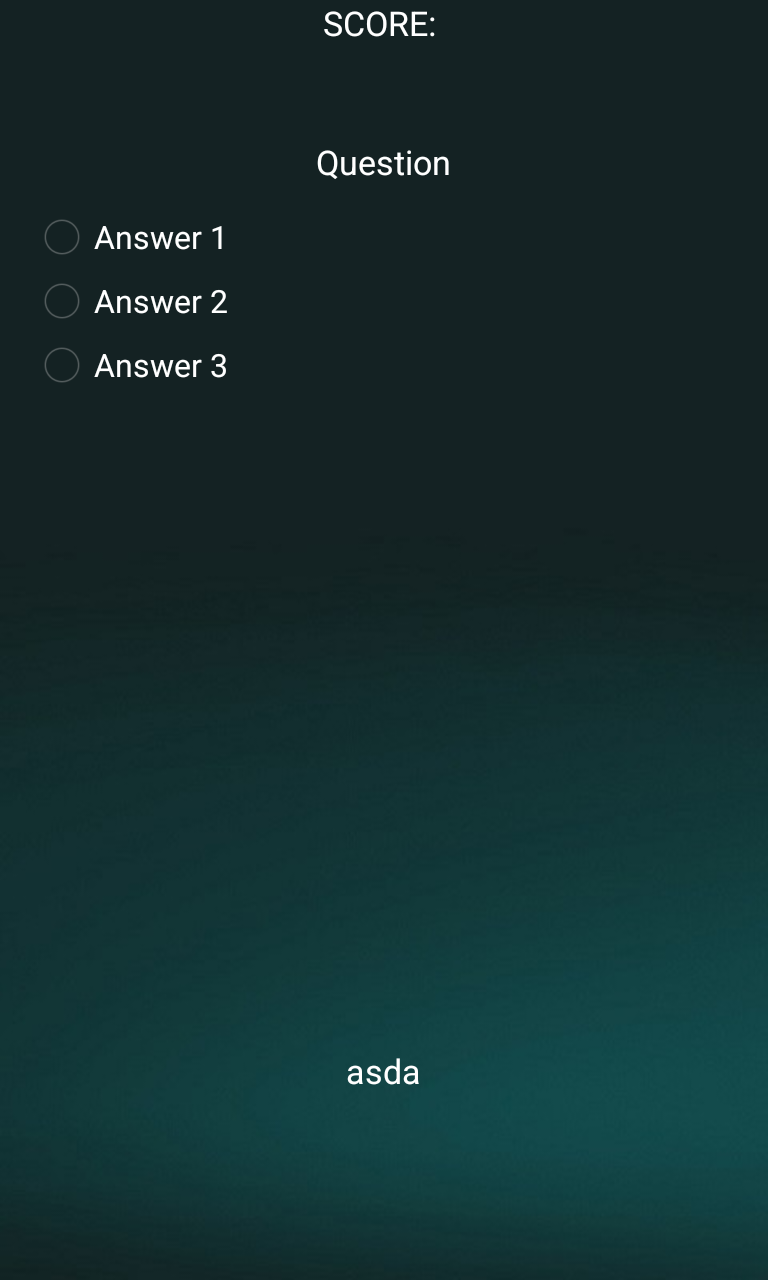
Repository: rohitchawla22/SebiQuiz
Layout: SebiQuiz/res/layout/level1.xml
An editor plug-in stored every save of this project. The layout is shown before and after the next save, followed by the edit.
It is drawn on a 768 x 1280 px phone screen (xhdpi) without system bars, with theme android:Theme.Holo; the app's code is not run.

Above is the layout before, as saved 2014-06-11 18:48:58.

After the next save:
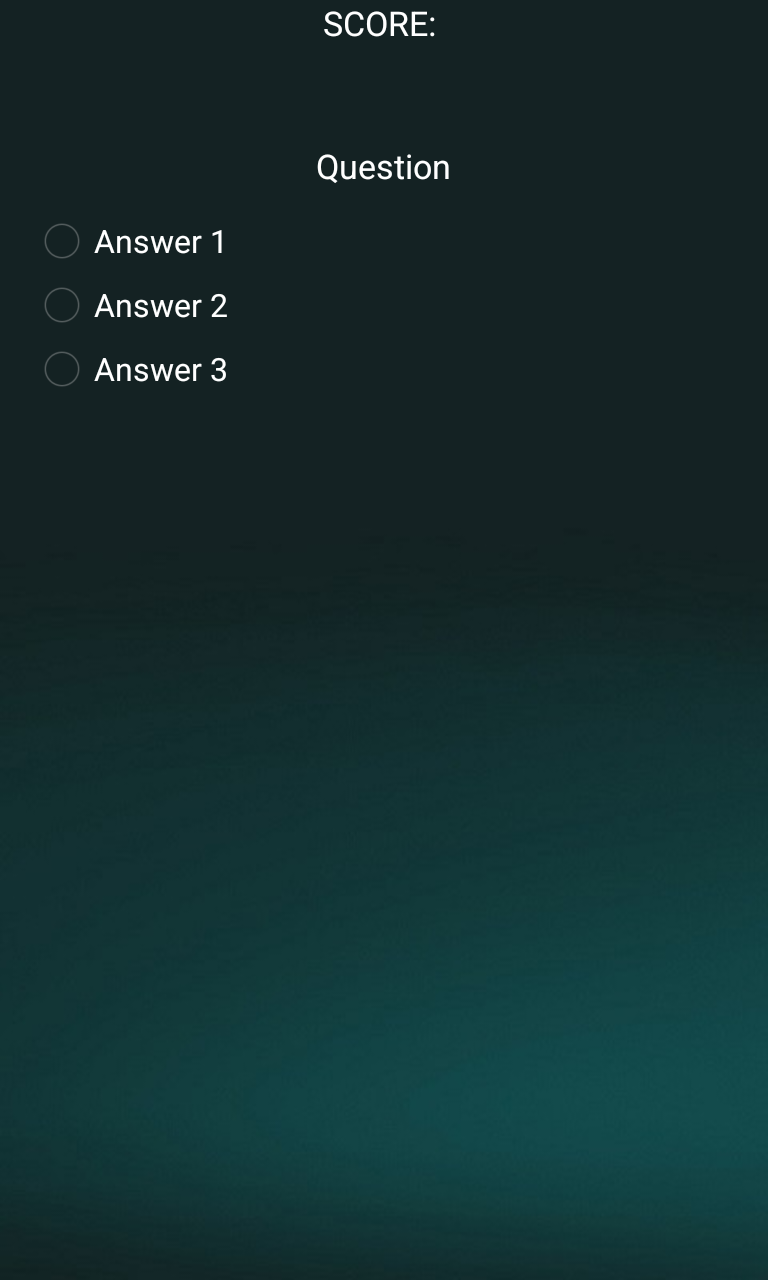
Saved 10 h 48 min later.
--- a/SebiQuiz/res/layout/level1.xml
+++ b/SebiQuiz/res/layout/level1.xml
@@ -1,89 +1,58 @@
-<?xml version="1.0" encoding="utf-8"?>
-<LinearLayout xmlns:android="http://schemas.android.com/apk/res/android"
+<?xml version="1.0" encoding="UTF-8"?>
+<LinearLayout android:orientation="vertical"
+    android:background="@drawable/backgroundmain"
+    android:layout_height="match_parent"
     android:layout_width="match_parent"
-    android:layout_height="match_parent"
-    android:background="@drawable/backgroundmain"
-    android:orientation="vertical" >
+    xmlns:android="http://schemas.android.com/apk/res/android">
+    <LinearLayout android:orientation="vertical"
+        android:layout_height="wrap_content"
+        android:layout_width="match_parent"
+        android:layout_weight="10">
+        <TextView android:layout_height="wrap_content"
+            android:layout_width="wrap_content"
+            android:textSize="17sp"
+            android:textColor="#FFF"
+            android:text="SCORE: "
+            android:layout_gravity="center"
+            android:id="@+id/score"/>
+    </LinearLayout>
+    <LinearLayout android:orientation="vertical"
+        android:layout_height="wrap_content"
+        android:layout_width="match_parent"
+        android:layout_weight="50"
+        android:paddingRight="15dp"
+        android:paddingLeft="15dp">
+        <TextView android:layout_height="wrap_content"
+            android:layout_width="wrap_content"
+            android:textSize="17sp"
+            android:textColor="#FFF"
+            android:text="Question"
+            android:layout_gravity="center"
+            android:id="@+id/que"/>
+        <RadioGroup android:layout_height="wrap_content"
+            android:layout_width="wrap_content"
+            android:id="@+id/option"
+            android:layout_marginTop="10dp">
+            <RadioButton android:layout_height="wrap_content"
+                android:layout_width="wrap_content"
+                android:textColor="#FFF"
+                android:text="Answer 1"
+                android:id="@+id/a"/>
+            <RadioButton android:layout_height="wrap_content"
+                android:layout_width="wrap_content"
+                android:textColor="#FFF"
+                android:text="Answer 2"
+                android:id="@+id/b"/>
+            <RadioButton android:layout_height="wrap_content"
+                 android:layout_width="wrap_content"
+                 android:textColor="#FFF"
+                 android:text="Answer 3"
+                 android:id="@+id/c"/>
+        </RadioGroup>
 
-    <LinearLayout
-        android:layout_width="match_parent"
-        android:layout_height="wrap_content"
-        android:layout_weight="10"
-        android:orientation="vertical" >
-
-        <TextView
-            android:id="@+id/score"
-            android:layout_width="wrap_content"
+        </LinearLayout>
+        <LinearLayout android:orientation="vertical"
             android:layout_height="wrap_content"
-            android:layout_gravity="center"
-            android:text="SCORE: "
-            android:textColor="#FFF"
-            android:textSize="17sp" />
-    </LinearLayout>
-
-    <LinearLayout
-        android:layout_width="match_parent"
-        android:layout_height="wrap_content"
-        android:layout_weight="50"
-        android:orientation="vertical"
-        android:paddingLeft="15dp"
-        android:paddingRight="15dp" >
-
-        <TextView
-            android:id="@+id/que"
-            android:layout_width="wrap_content"
-            android:layout_height="wrap_content"
-            android:layout_gravity="center"
-            android:text="Question"
-            android:textColor="#FFF"
-            android:textSize="17sp" />
-
-        <RadioGroup
-            android:id="@+id/option"
-            android:layout_width="wrap_content"
-            android:layout_height="wrap_content"
-            android:layout_marginTop="10dp" >
-
-            <RadioButton
-                android:id="@+id/a"
-                android:layout_width="wrap_content"
-                android:layout_height="wrap_content"
-                android:text="Answer 1"
-                android:textColor="#FFF" />
-
-            <RadioButton
-                android:id="@+id/b"
-                android:layout_width="wrap_content"
-                android:layout_height="wrap_content"
-                android:text="Answer 2"
-                android:textColor="#FFF" />
-
-            <RadioButton
-                android:id="@+id/c"
-                android:layout_width="wrap_content"
-                android:layout_height="wrap_content"
-                android:text="Answer 3"
-                android:textColor="#FFF" />
-        </RadioGroup>
-    </LinearLayout>
-
-    <LinearLayout
-        android:layout_width="match_parent"
-        android:layout_height="wrap_content"
-        android:layout_weight="40"
-        android:orientation="vertical"
-        android:gravity="center"
-        android:paddingLeft="15dp"
-        android:paddingRight="15dp" >
-        <TextView
-            android:id="@+id/ans"
-            android:layout_width="wrap_content"
-            android:layout_height="wrap_content"
-            android:layout_gravity="center"
-            android:text="asda"
-            android:textColor="#FFF"
-            android:textSize="17sp" />
-
-    </LinearLayout>
-
-</LinearLayout>
+            android:layout_width="match_parent"
+            android:layout_weight="40" android:paddingRight="15dp" android:paddingLeft="15dp" android:gravity="center">
+</LinearLayout></LinearLayout>
